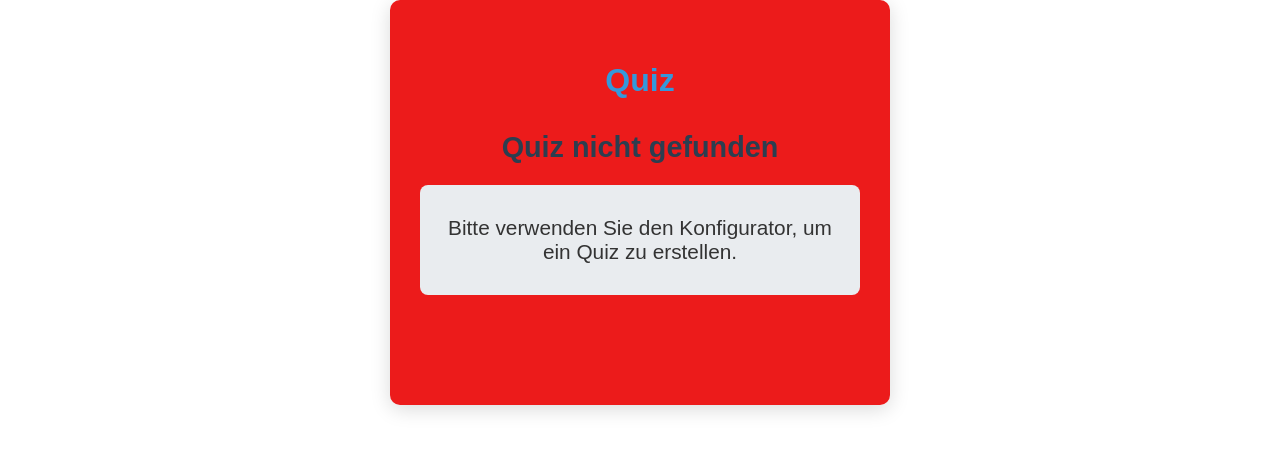
Repository: SandroGansner/LMS-Quiz-Builder
Page: quiz-widget.html
An editor plug-in stored every save of this project. The page is shown before and after the next save, followed by the edit.
The browser window is 1280 px wide. The pictures show the whole page.

Above is the page before, as saved 2025-06-04 11:01:10.

### quiz-widget.html
<!DOCTYPE html>
<html lang="de">
<head>
    <meta charset="UTF-8">
    <meta name="viewport" content="width=device-width, initial-scale=1.0">
    <title>Interaktives Quiz</title>
    <style>
body {
    font-family: Arial, sans-serif;
    display: block; /* Changed from flex to block */
    justify-content: center;
    align-items: center;
    margin: 0;
    background-color: transparent !important; /* Changed to transparent */
    color: #333;
    transition: background-color 0.3s ease;
}
.quiz-container {
    background-color: #ec1b1b;
    padding: 30px;
    border-radius: 10px;
    box-shadow: 0 4px 20px rgba(0, 0, 0, 0.15);
    width: 100%;
    max-width: 500px;
    text-align: center;
    box-sizing: border-box;
    opacity: 0;
    transform: translateY(20px);
    animation: fadeIn 0.5s forwards;
    margin: 0 auto; /* Added to center the quiz container */
}
@keyframes fadeIn {
    to {
        opacity: 1;
        transform: translateY(0);
    }
}
.quiz-header {
    margin-bottom: 20px;
    text-align: center; /* Added to center the header content */
}
.quiz-logo {
    max-width: 150px;
    height: auto;
    display: block; /* Added to center the logo */
    margin: 0 auto 15px; /* Added to center the logo and add margin */
}
.quiz-title {
    color: #2c3e50;
    font-size: 1.8em;
    margin-top: 0;
    margin-bottom: 20px;
}
.question-text {
    font-size: 1.3em;
    margin-bottom: 25px;
    color: #333;
    min-height: 80px; /* Ensure space even for short questions */
    display: flex;
    align-items: center;
    justify-content: center;
    text-align: center;
    background-color: #e9ecef; /* Light background for question box */
    padding: 15px;
    border-radius: 8px;
}
.options-list {
    list-style: none;
    padding: 0;
    margin: 0;
}
.option-item {
    background-color: #f8f9fa;
    border: 1px solid #ddd;
    border-radius: 8px;
    margin-bottom: 12px;
    padding: 12px 15px;
    cursor: pointer;
    transition: background-color 0.3s ease, border-color 0.3s ease, transform 0.2s ease;
    display: flex;
    align-items: center;
    text-align: left;
}
.option-item:hover {
    background-color: #e2e6ea;
    border-color: #b3d7ff;
    transform: translateY(-2px);
}
.option-item.selected {
    background-color: var(--accent-color, #d1ecf1); /* Example: light blue for selected */
    border-color: var(--accent-color, #bee5eb);
}
.option-item.correct {
    background-color: #d4edda; /* Light green */
    border-color: #28a745;
    color: #155724;
    font-weight: bold;
}
.option-item.incorrect {
    background-color: #f8d7da; /* Light red */
    border-color: #dc3545;
    color: #721c24;
    font-weight: bold;
}
.option-letter {
    font-weight: bold;
    margin-right: 15px;
    color: var(--option-letter-color, #007bff); /* Default blue */
    min-width: 20px; /* Ensure alignment */
    text-align: right;
}
.buttons-container {
    margin-top: 25px;
    display: flex;
    justify-content: center; /* Added to center buttons */
}
button {
    background-color: var(--primary-color, #007bff); /* Default blue */
    color: #fff;
    padding: 12px 25px;
    border: none;
    border-radius: 5px;
    cursor: pointer;
    font-size: 1.1em;
    transition: background-color 0.3s ease, transform 0.2s ease;
    margin: 5px;
}
button:hover {
    background-color: var(--button-hover-color, #0056b3); /* Darker blue on hover */
    transform: translateY(-1px);
}
button:disabled {
    background-color: #cccccc;
    cursor: not-allowed;
}
.feedback-area {
    margin-top: 20px;
    padding: 15px;
    border-radius: 8px;
    text-align: left;
    opacity: 0; /* Hidden by default */
    max-height: 0; /* Hidden by default */
    overflow: hidden;
    transition: opacity 0.5s ease, max-height 0.5s ease;
}
.feedback-area.show {
    opacity: 1;
    max-height: 150px; /* Adjust as needed */
}
.feedback-area.correct-feedback {
    background-color: #d4edda;
    border: 1px solid #28a745;
    color: #155724;
}
.feedback-area.incorrect-feedback {
    background-color: #f8d7da;
    border: 1px solid #dc3545;
    color: #721c24;
}
.feedback-text {
    font-size: 1.1em;
    margin-bottom: 10px;
}
.more-info-link {
    display: inline-block;
    margin-top: 10px;
    color: var(--accent-color, #007bff); /* Use accent color for link */
    text-decoration: none;
    font-weight: bold;
}
.more-info-link:hover {
    text-decoration: underline;
}
.quiz-results {
    margin-top: 30px;
    padding: 20px;
    background-color: #e6f7ff;
    border: 1px solid #99e0ff;
    border-radius: 8px;
    box-shadow: 0 2px 10px rgba(0, 0, 0, 0.08);
    text-align: center;
    opacity: 0;
    transform: translateY(20px);
    animation: fadeIn 0.5s forwards;
}
.quiz-results h2 {
    color: #0056b3;
    font-size: 1.8em;
    margin-bottom: 15px;
}
.score-text {
    font-size: 1.5em;
    font-weight: bold;
    color: #28a745;
    margin-bottom: 20px;
}
.restart-button {
    background-color: #6c757d;
}
.restart-button:hover {
    background-color: #5a6268;
}
/* Custom message box styles */
.message-box {
    position: fixed;
    top: 50%;
    left: 50%;
    transform: translate(-50%, -50%);
    background-color: #333;
    color: white;
    padding: 15px 25px;
    border-radius: 8px;
    box-shadow: 0 5px 15px rgba(0, 0, 0, 0.3);
    z-index: 1000;
    opacity: 0;
    transition: opacity 0.3s ease-in-out;
    pointer-events: none; /* Allows clicks to pass through when hidden */
}
.message-box.show {
    opacity: 1;
    pointer-events: auto;
}
    </style>
</head>
<body>

    <div class="quiz-container">
        <div class="quiz-header">
            <img id="quizLogo" src="" alt="Quiz Logo" class="quiz-logo" style="display: none;">
            <p id="textLogoFallback" style="font-size: 2em; font-weight: bold; display: none; color: var(--primary-color, #000);"></p>
            <h1 class="quiz-title" id="quizOverallTitle"></h1>
        </div>

        <div id="quiz-area">
            <p class="question-text" id="question-text"></p>
            <ul class="options-list" id="options-list">
            </ul>
            <div class="feedback-area" id="feedback-area">
                <p class="feedback-text" id="feedback-text"></p>
                <a href="#" id="more-info-link" class="more-info-link" target="_blank" style="display: none;">Mehr erfahren</a>
            </div>
            <div class="buttons-container">
                <button id="submit-button" disabled>Antwort prüfen</button>
                <button id="next-button" style="display: none;">Nächste Frage</button>
                <button id="show-results-button" style="display: none;">Ergebnisse anzeigen</button>
            </div>
        </div>

        <div id="results-area" class="quiz-results" style="display: none;">
            <h2>Quiz beendet!</h2>
            <p class="score-text">Du hast <span id="correct-answers-count">0</span> von <span id="total-questions-count">0</span> Fragen richtig beantwortet.</p>
            <button class="restart-button" id="restartQuizBtn">Neues Quiz starten</button>
        </div>
    </div>

    <!-- Custom message box -->
    <div id="messageBox" class="message-box"></div>

    <script>
        let quizData = [];
        let currentQuestionIndex = 0;
        let score = 0;
        let config = {};

        const quizContainer = document.querySelector('.quiz-container');
        const quizOverallTitle = document.getElementById('quizOverallTitle');
        const quizLogo = document.getElementById('quizLogo');
        const textLogoFallback = document.getElementById('textLogoFallback');
        const questionText = document.getElementById('question-text');
        const optionsList = document.getElementById('options-list');
        const submitButton = document.getElementById('submit-button');
        const nextButton = document.getElementById('next-button');
        const showResultsButton = document.getElementById('show-results-button');
        const feedbackArea = document.getElementById('feedback-area');
        const feedbackText = document.getElementById('feedback-text');
        const moreInfoLink = document.getElementById('more-info-link');
        const resultsArea = document.getElementById('results-area');
        const correctAnswersCount = document.getElementById('correct-answers-count');
        const totalQuestionsCount = document.getElementById('total-questions-count');
        const quizArea = document.getElementById('quiz-area');
        const restartQuizBtn = document.getElementById('restartQuizBtn');
        const messageBox = document.getElementById('messageBox'); // Custom message box

        /**
         * Displays a temporary message to the user.
         * @param {string} message - The message to display.
         * @param {number} duration - The duration in milliseconds for which the message should be visible.
         */
        function showMessage(message, duration = 2000) {
            messageBox.textContent = message;
            messageBox.classList.add('show');
            setTimeout(() => {
                messageBox.classList.remove('show');
            }, duration);
        }

        /**
         * Parses the quiz configuration from the URL.
         * @returns {object} The parsed configuration object.
         */
        function getConfigFromUrl() {
            const urlParams = new URLSearchParams(window.location.search);
            const encodedConfig = urlParams.get('config');
            if (encodedConfig) {
                try {
                    const decoded = atob(encodedConfig); // Decode Base64
                    return JSON.parse(decoded);
                } catch (e) {
                    console.error("Fehler beim Dekodieren oder Parsen der Quiz-Konfiguration:", e);
                    showMessage("Fehler beim Laden des Quiz. Konfiguration ist ungültig.");
                    return null;
                }
            }
            return null;
        }

        /**
         * Applies the loaded configuration to the quiz display and styling.
         */
        function applyConfig() {
            if (!config) {
                console.warn("Keine Konfiguration geladen. Verwende Standardwerte.");
                // Fallback to some defaults if config is empty
                document.documentElement.style.setProperty('--primary-color', '#3498db');
                document.documentElement.style.setProperty('--accent-color', '#2980b9');
                document.documentElement.style.setProperty('--option-letter-color', '#3498db');
                document.documentElement.style.setProperty('--button-hover-color', '#2980b9');
                quizOverallTitle.textContent = "Standard Quiz";
                quizLogo.style.display = 'none';
                textLogoFallback.style.display = 'block';
                textLogoFallback.textContent = "Quiz";
                quizData = []; // Ensure quizData is empty if no config
                return;
            }

            quizData = config.quizData || [];
            quizOverallTitle.textContent = config.quizTitle || "Unbenanntes Quiz";

            if (config.logoImgSrc) {
                quizLogo.onload = () => {
                    quizLogo.style.display = 'block';
                    textLogoFallback.style.display = 'none';
                };
                quizLogo.onerror = () => {
                    console.error("Fehler beim Laden des Logos:", config.logoImgSrc);
                    quizLogo.style.display = 'none';
                    textLogoFallback.style.display = 'block';
                    textLogoFallback.textContent = config.textLogoFallbackContent || "Quiz";
                };
                quizLogo.src = config.logoImgSrc;
                quizLogo.style.display = 'none'; // Initially hide, show on load
            } else if (config.textLogoFallbackContent) {
                textLogoFallback.textContent = config.textLogoFallbackContent;
                textLogoFallback.style.display = 'block';
                quizLogo.style.display = 'none';
            } else {
                quizLogo.style.display = 'none';
                textLogoFallback.style.display = 'none';
            }

            // Apply custom colors if provided
            document.documentElement.style.setProperty('--primary-color', config.primaryColor || '#FF0000');
            document.documentElement.style.setProperty('--accent-color', config.accentColor || '#B30000');
            document.documentElement.style.setProperty('--option-letter-color', config.optionLetterColor || '#FF0000');
            document.documentElement.style.setProperty('--button-hover-color', config.buttonHoverColor || '#FF0000');

            // Set background color of the body to the primary color
            document.body.style.backgroundColor = config.primaryColor || '#FF0000';
            // Set button background color to primary color (this will be overridden by hover)
            document.querySelectorAll('button').forEach(btn => {
                btn.style.backgroundColor = config.primaryColor || '#FF0000';
            });
            // Set quiz-container border-color to primary color (or accent if preferred)
            // Note: The quiz-container doesn't have a border in the CSS, so this won't have a visual effect unless border is added.
            // quizContainer.style.borderColor = config.accentColor || '#B30000';
        }


        /**
         * Displays the current question and its options.
         */
        function displayQuestion() {
            feedbackArea.classList.remove('show', 'correct-feedback', 'incorrect-feedback');
            feedbackText.textContent = '';
            moreInfoLink.style.display = 'none';
            moreInfoLink.href = '#';

            submitButton.style.display = 'block';
            submitButton.disabled = true;
            nextButton.style.display = 'none';
            showResultsButton.style.display = 'none';

            optionsList.innerHTML = ''; // Clear previous options

            if (currentQuestionIndex < quizData.length) {
                const question = quizData[currentQuestionIndex];
                questionText.textContent = question.question;

                const optionLetters = ['A', 'B', 'C', 'D', 'E', 'F']; // Max 6 options for now

                question.options.forEach((option, index) => {
                    const listItem = document.createElement('li');
                    listItem.className = 'option-item';
                    listItem.dataset.index = index;
                    listItem.innerHTML = `<span class="option-letter">${optionLetters[index]}.</span> ${option}`;
                    listItem.addEventListener('click', () => selectOption(listItem, index));
                    optionsList.appendChild(listItem);
                });
            } else {
                showResults();
            }
        }

        /**
         * Handles the selection of an option.
         * @param {HTMLElement} selectedOptionElement - The clicked option list item.
         * @param {number} selectedIndex - The index of the selected option.
         */
        function selectOption(selectedOptionElement, selectedIndex) {
            optionsList.querySelectorAll('.option-item').forEach(item => {
                item.classList.remove('selected');
            });
            selectedOptionElement.classList.add('selected');
            submitButton.disabled = false;
        }

        /**
         * Checks the selected answer against the correct answer.
         */
        function checkAnswer() {
            const selectedOption = optionsList.querySelector('.option-item.selected');
            if (!selectedOption) {
                showMessage('Bitte wähle eine Antwort aus!');
                return;
            }

            const selectedAnswerIndex = parseInt(selectedOption.dataset.index);
            const currentQuestion = quizData[currentQuestionIndex];

            // Disable all options and submit button after answering
            optionsList.querySelectorAll('.option-item').forEach(item => {
                item.style.pointerEvents = 'none';
                item.style.cursor = 'default';
            });
            submitButton.disabled = true;
            submitButton.style.display = 'none';

            // Show feedback
            feedbackArea.classList.add('show');

            if (selectedAnswerIndex === currentQuestion.answer) {
                score++;
                feedbackArea.classList.add('correct-feedback');
                feedbackText.textContent = currentQuestion.correctFeedback;
                selectedOption.classList.add('correct');
            } else {
                feedbackArea.classList.add('incorrect-feedback');
                feedbackText.textContent = currentQuestion.incorrectFeedback;
                selectedOption.classList.add('incorrect');
                // Highlight the correct answer
                const correctAnswerElement = optionsList.querySelector(`[data-index="${currentQuestion.answer}"]`);
                if (correctAnswerElement) {
                    correctAnswerElement.classList.add('correct');
                }
            }

            if (currentQuestion.moreInfo) {
                moreInfoLink.href = currentQuestion.moreInfo;
                moreInfoLink.style.display = 'inline-block';
            }

            // Show next or results button
            if (currentQuestionIndex < quizData.length - 1) {
                nextButton.style.display = 'block';
            } else {
                showResultsButton.style.display = 'block';
            }
        }

        /**
         * Moves to the next question or shows results if all questions are answered.
         */
        function nextQuestion() {
            currentQuestionIndex++;
            displayQuestion();
        }

        /**
         * Displays the final quiz results.
         */
        function showResults() {
            quizArea.style.display = 'none';
            resultsArea.style.display = 'block';
            correctAnswersCount.textContent = score;
            totalQuestionsCount.textContent = quizData.length;
        }

        /**
         * Restarts the quiz from the beginning.
         */
        function startQuiz() {
            currentQuestionIndex = 0;
            score = 0;
            quizArea.style.display = 'block';
            resultsArea.style.display = 'none';
            displayQuestion();
        }

        // --- Event Listener Setup ---
        document.addEventListener('DOMContentLoaded', () => {
            submitButton.addEventListener('click', checkAnswer);
            nextButton.addEventListener('click', nextQuestion);
            showResultsButton.addEventListener('click', showResults);
            restartQuizBtn.addEventListener('click', startQuiz); // Listener for the restart button

            config = getConfigFromUrl();
            applyConfig();

            if (config && config.quizData && config.quizData.length > 0) {
                startQuiz();
            } else {
                quizOverallTitle.textContent = "Quiz nicht gefunden";
                questionText.textContent = "Bitte verwenden Sie den Konfigurator, um ein Quiz zu erstellen.";
                quizArea.style.display = 'block';
                submitButton.style.display = 'none';
                nextButton.style.display = 'none';
                showResultsButton.style.display = 'none';
                optionsList.innerHTML = ''; // Clear options if no quiz data
            }
        });

        // Function to send the height of the quiz to the parent window
        function sendQuizHeight() {
            window.parent.postMessage({
                type: 'quizHeight',
                height: document.body.scrollHeight
            }, '*'); // Replace '*' with your editor's origin for security
        }

        // Call sendQuizHeight after the quiz is loaded and whenever the content changes
        window.addEventListener('load', sendQuizHeight);
        // You might need to call sendQuizHeight after certain actions that change the height of the quiz, like displaying feedback or results.

    </script>

</body>
</html>

After the next save:
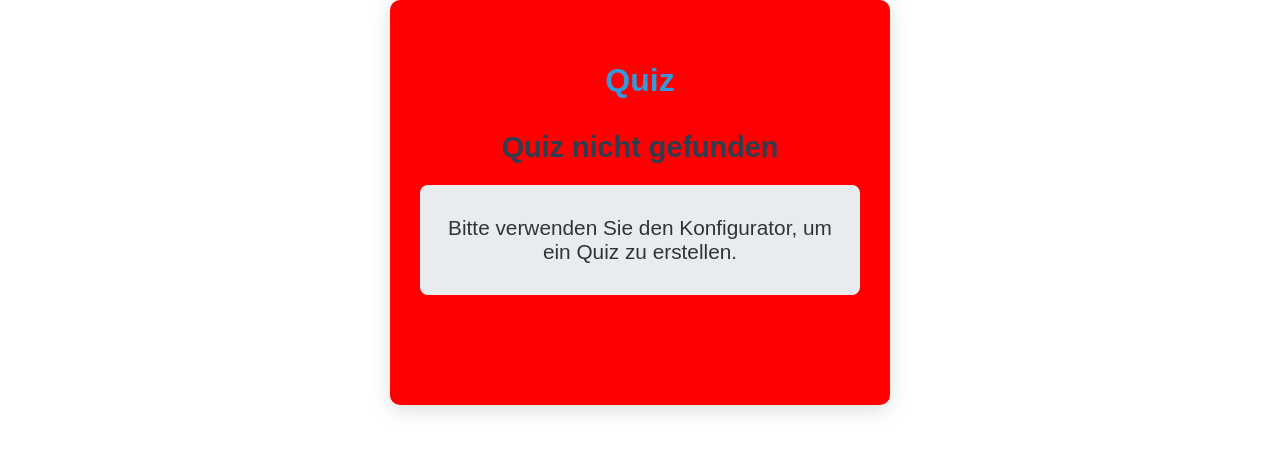
Saved 28 s later.
--- a/quiz-widget.html
+++ b/quiz-widget.html
@@ -16,7 +16,7 @@ body {
     transition: background-color 0.3s ease;
 }
 .quiz-container {
-    background-color: #ec1b1b;
+    background-color: #ff0000;
     padding: 30px;
     border-radius: 10px;
     box-shadow: 0 4px 20px rgba(0, 0, 0, 0.15);
